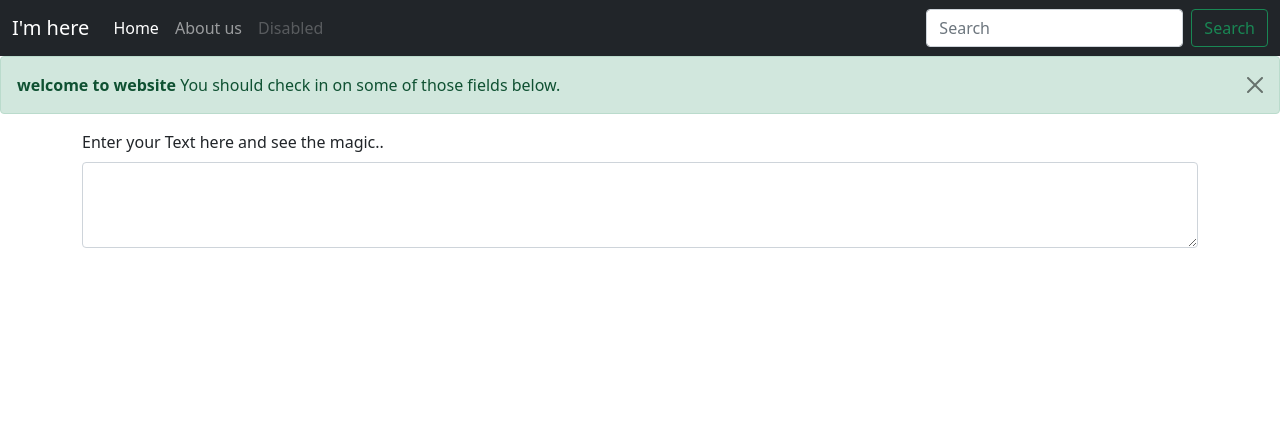
Repository: ritikalohia/Django-beginners-
Page: textutiles/templates/index.html
The author's editor kept a copy of each file at every save. The page is drawn from the files as they stood at one save, then again after the next save.
The browser window is 1280 px wide. The pictures show the whole page.

Above is the page before, as saved 2021-05-22 19:38:15.

After the next save:
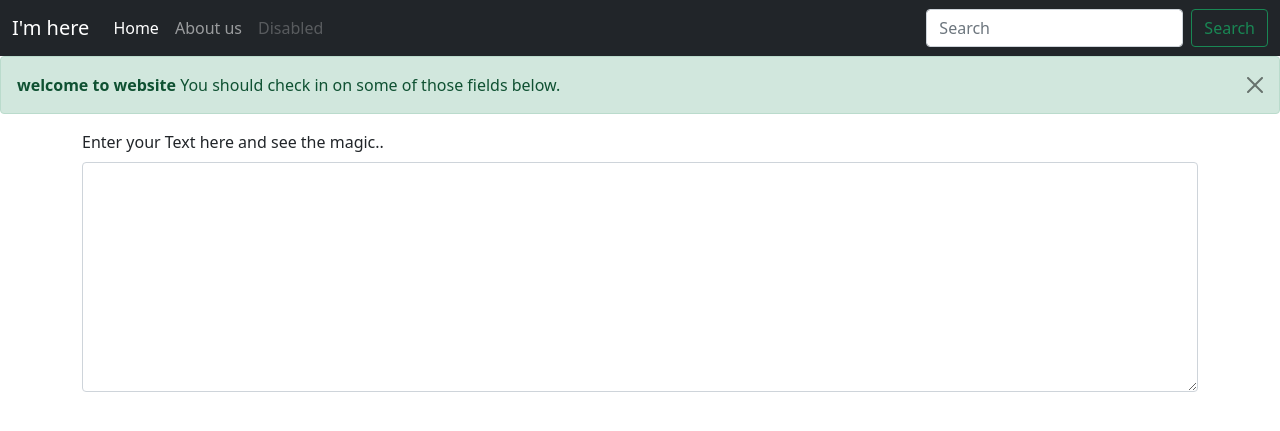
Saved 27 s later.
--- a/textutiles/templates/index.html
+++ b/textutiles/templates/index.html
@@ -46,7 +46,7 @@
 
         <div class="mb-3">
         <label for="exampleFormControlTextarea1" class="form-label">Enter your Text here and see the magic..</label>
-        <textarea class="form-control" id="exampleFormControlTextarea1" rows="3"></textarea>
+        <textarea class="form-control" id="exampleFormControlTextarea1" rows="9"></textarea>
         </div>
     </div>
 
